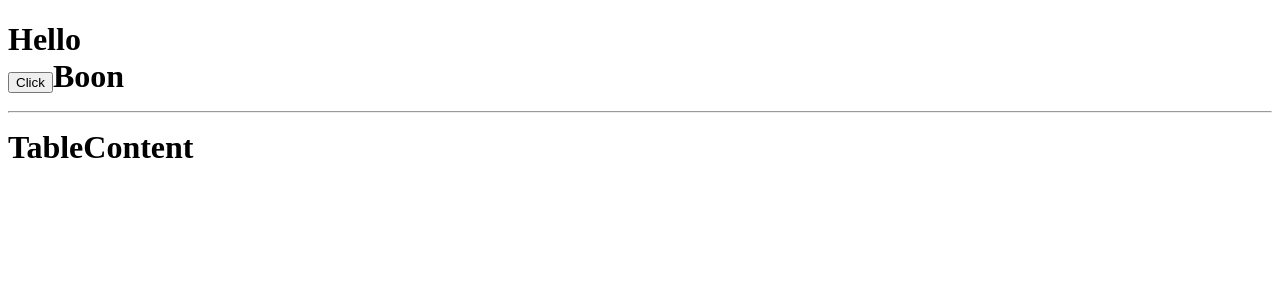
Repository: supakorn5039-boon/React-s
Page: /
The author's editor kept a copy of each file at every save. The page is drawn from the files as they stood at one save, then again after the next save.
The browser window is 1280 px wide. The pictures show the whole page.
The project was rebuilt for these pictures with package versions that can differ from the ones it lists, and the page was loaded fresh each time. Also part of the build but not shown: vite.config.js.

Above is the page before, as saved 2024-01-08 23:51:21.

### src/App.jsx
import Navbar from "./components/Navbar";
import TableContent from "./components/TableContent";

export default function App() {
  var name = "Boon";

  const handleShow = () => {
    console.log("Click");
  };


  return (
    <h1>
      Hello
      <Navbar text={name} handleShow={handleShow} />
      <hr />
      <TableContent />
    </h1>
  );
}

### src/components/Navbar.jsx
import { useState } from "react";

/* eslint-disable react/prop-types */
export default function Navbar(props) {
  const [n] = useState("Subscribe");

  return (
    <div>
      <button onClick={props.handleShow}>Click</button>
      {props.text}
    </div>
  );
}

### src/components/TableContent.jsx
export default function TableContent() {
  return <div>TableContent</div>;
}

Loaded but not shown: index.html (common file); src/main.jsx (common file)

After the next save:
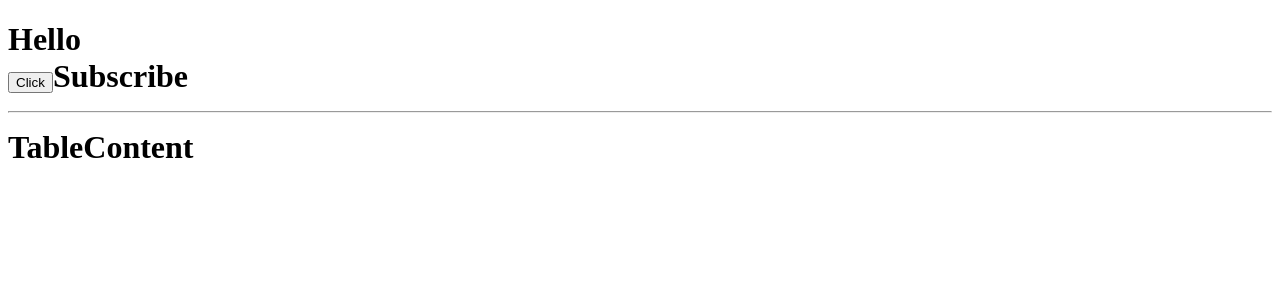
Saved 8 s later.
--- a/src/components/Navbar.jsx
+++ b/src/components/Navbar.jsx
@@ -7,7 +7,7 @@ export default function Navbar(props) {
   return (
     <div>
       <button onClick={props.handleShow}>Click</button>
-      {props.text}
+      {n}
     </div>
   );
 }
